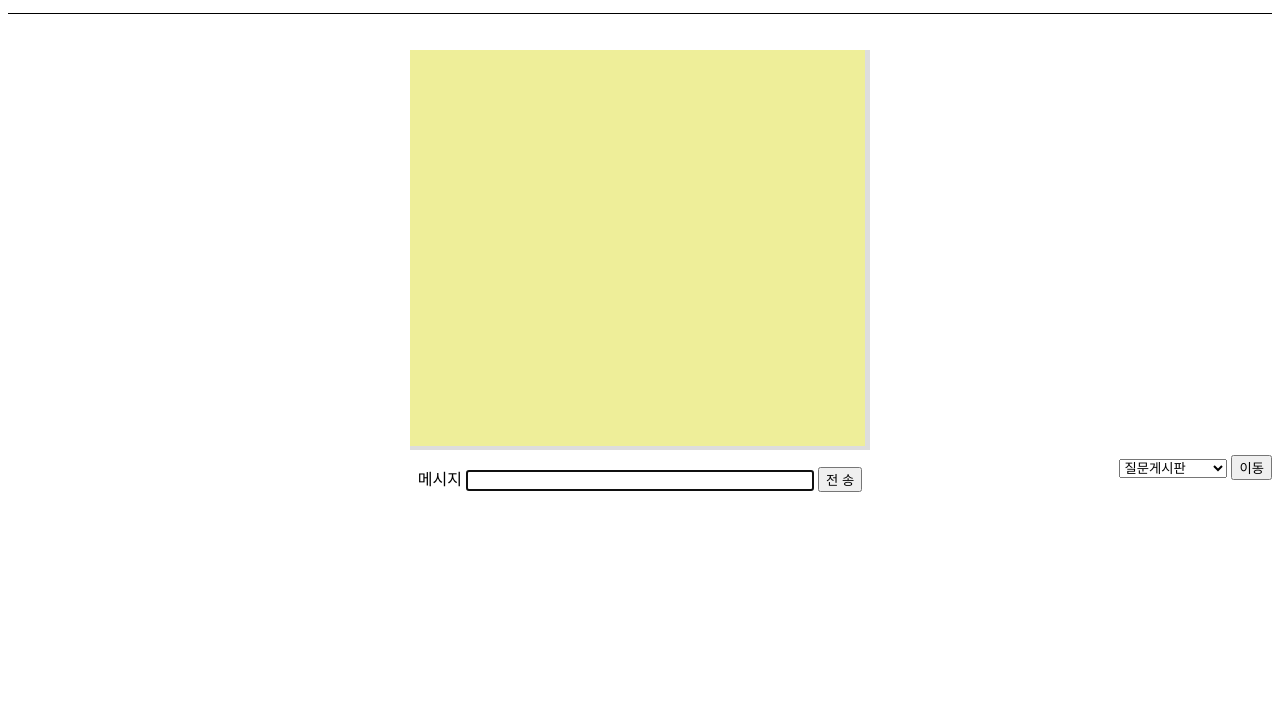
Repository: kalmia26/Capstone
Page: LectureSystem/WebContent/chat_client.html
These files come from the project's save history. The page is drawn as it stood at one moment and after the next save; the edit follows.
The browser window is 1280 px wide. The pictures show the whole page.

Above is the page before, as saved 2017-05-24 02:00:01.

After the next save:
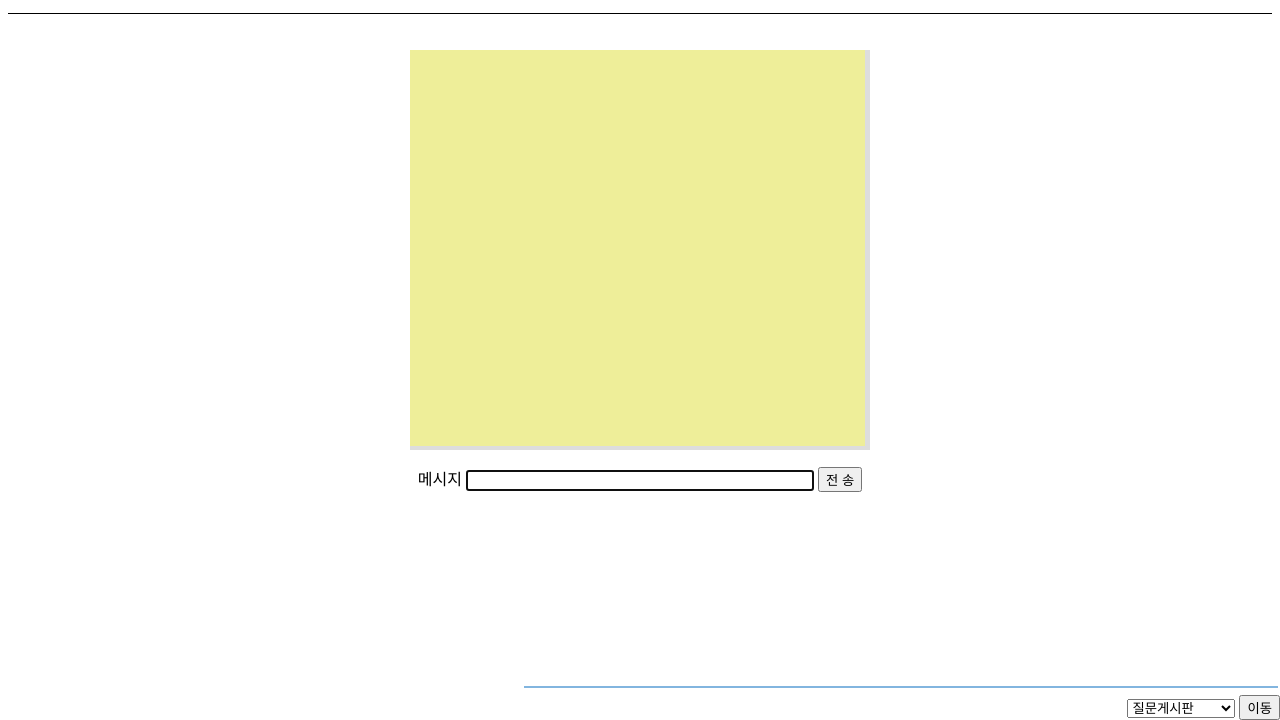
Saved 19 s later.
--- a/LectureSystem/WebContent/chat_client.html
+++ b/LectureSystem/WebContent/chat_client.html
@@ -128,7 +128,12 @@ function sendResultHandler(){
  </div>
  </center>
 
-
+ <div style="position:absolute; right:0px; bottom:0px;">
+<table>
+	<tr height="1" bgcolor="#82B5DF">
+		<td colspan="6" width="752"></td>
+	</tr>
+ </table>
 <table width="100%" cellpadding="0" cellspacing="0" border="0">
   <tr><td colspan="4" height="5"></td></tr>
   <tr align="right">
